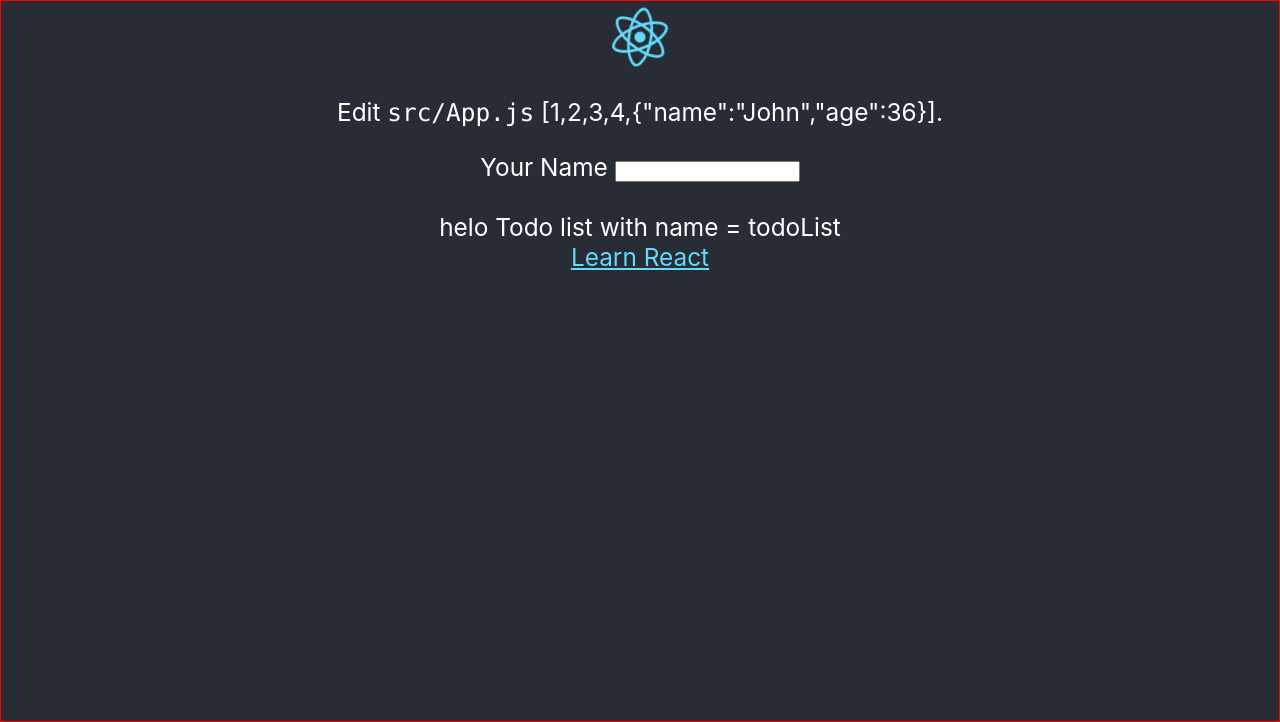
Repository: baothi/learn-reactjs
Page: /
An editor plug-in stored every save of this project. The page is shown before and after the next save, followed by the edit.
The browser window is 1280 px wide. The pictures show the whole page.
The project was rebuilt for these pictures with package versions that can differ from the ones it lists, and the page was loaded fresh each time.

Above is the page before, as saved 2022-10-01 18:09:06.

After the next save:
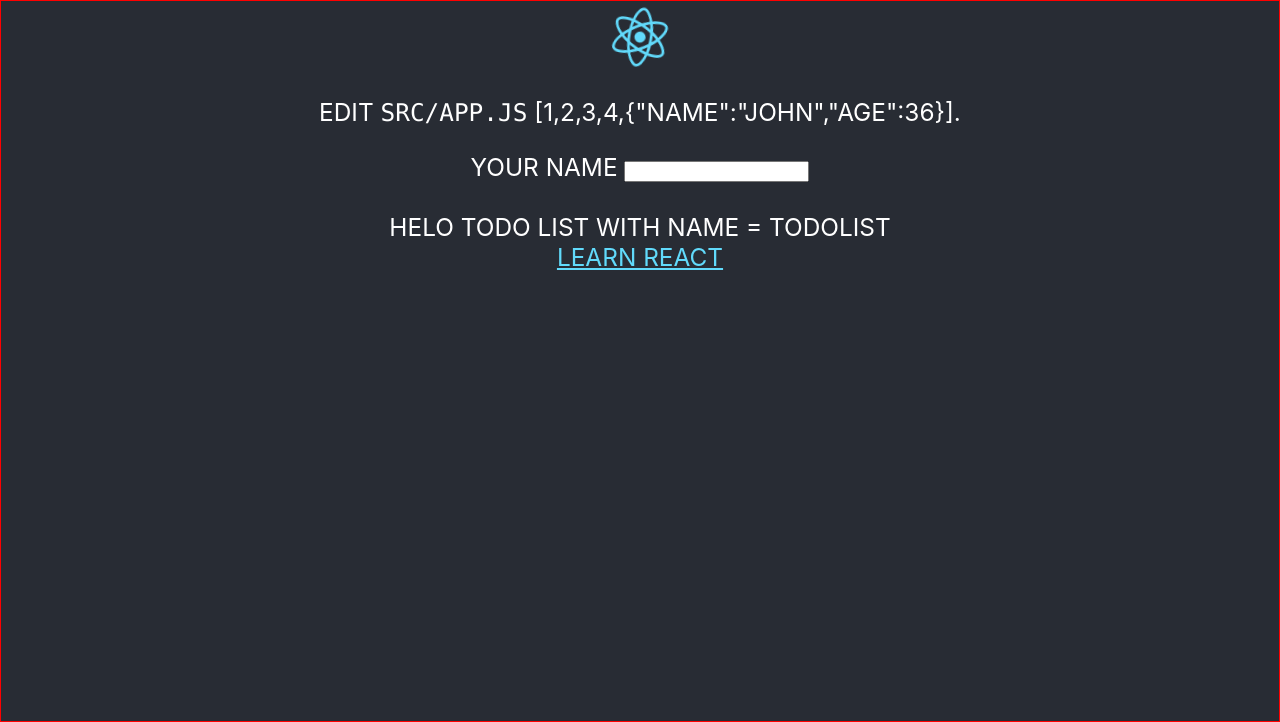
Saved 65 s later.
--- a/src/App.js
+++ b/src/App.js
@@ -7,7 +7,7 @@
   const x = [1, 2, 3, 4, { name: 'John', age: 36 }]
   // const x = { name: 'John', age: 36 }
   return (
-    <div className="App" style={{ border: '1px solid red' }}>
+    <div className="App" style={{ border: '1px solid red', textTransform: 'uppercase' }}>
       <header className="App-header">
         <img src={logo} className="App-logo" alt="logo" />
         <p>
